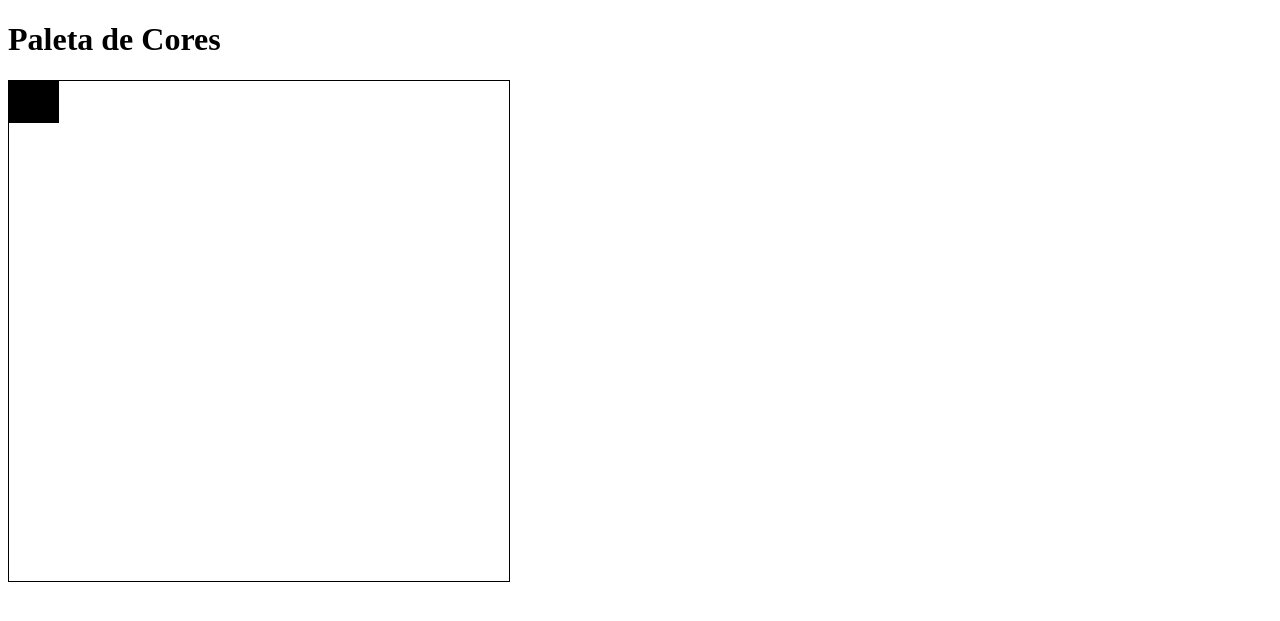
Repository: MuriloColleti/project-Pixer-Art
Page: index.html
These files come from the project's save history. The page is drawn as it stood at one moment and after the next save; the edit follows.
The browser window is 1280 px wide. The pictures show the whole page.

Above is the page before, as saved 2024-02-05 16:10:20.

After the next save:
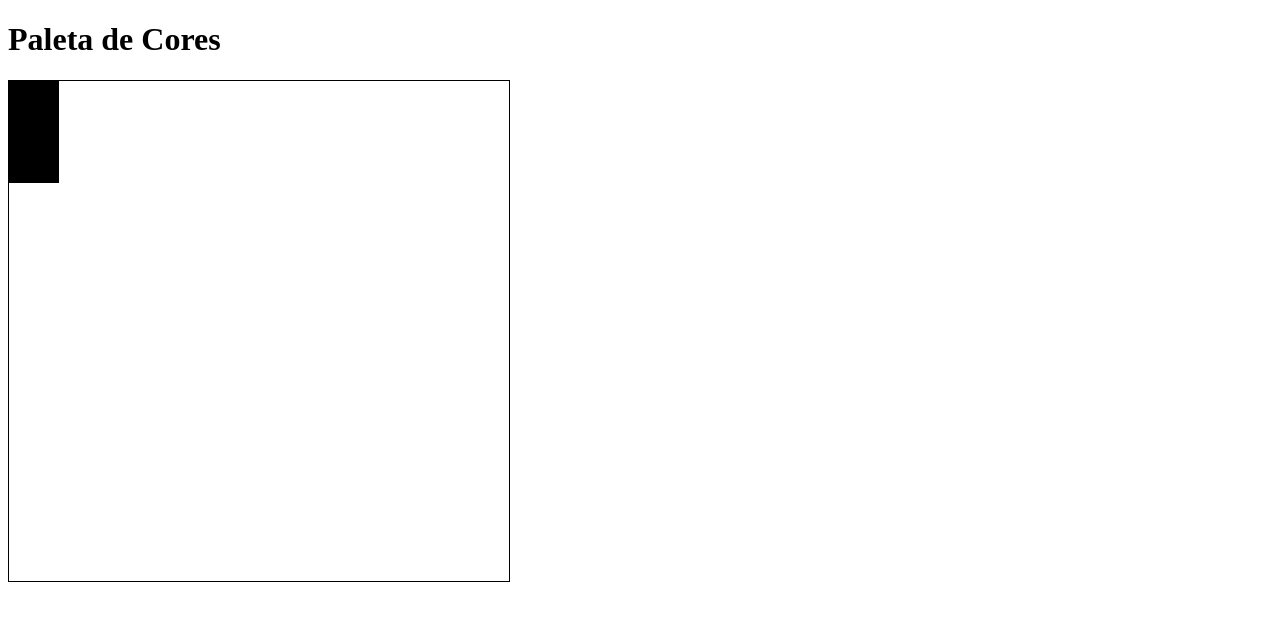
Saved 29 s later.
--- a/style.css
+++ b/style.css
@@ -15,8 +15,8 @@
 }
 
 .pixel{
-    max-width: 40px;
-    max-height: 40px;
+    max-width: 100px;
+    max-height: 100px;
     border: 1px solid black;
     justify-content: center;
     align-items: center;
